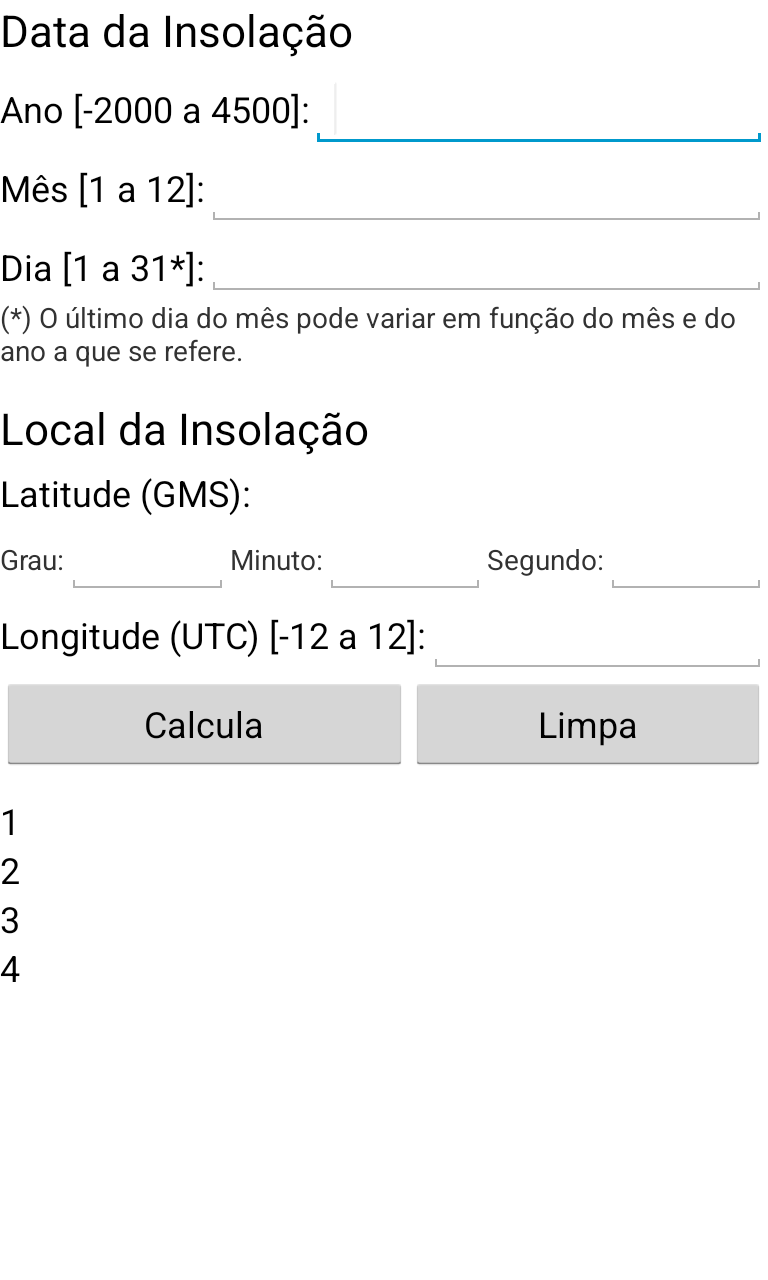
Repository: sergioPereiraBR/insolacao_terrestre
Layout: projeto/source code/InsolacaoTerrestre/res/layout/activity_insolacao_terrestre.xml
These files come from the project's save history. The layout is drawn as it stood at one moment and after the next save; the edit follows.
It is drawn on a 768 x 1280 px phone screen (xhdpi) without system bars, with theme AppTheme; the app's code is not run.

Above is the layout before, as saved 2016-11-23 22:10:40.

After the next save:
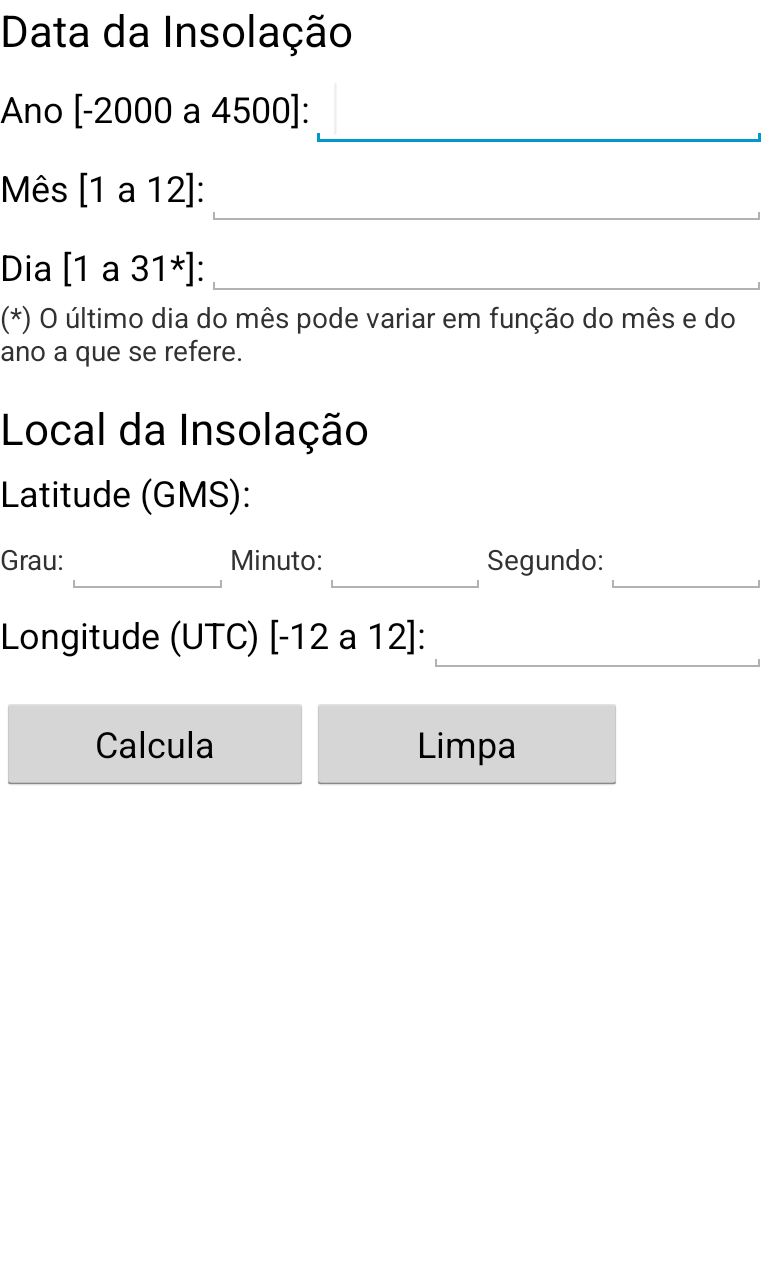
Saved 10 min 49 s later.
--- a/projeto/source code/InsolacaoTerrestre/res/layout/activity_insolacao_terrestre.xml
+++ b/projeto/source code/InsolacaoTerrestre/res/layout/activity_insolacao_terrestre.xml
@@ -178,7 +178,7 @@
 
     <LinearLayout
         android:layout_width="match_parent"
-        android:layout_height="40dp" >
+        android:layout_height="50dp" >
 
         <Space
             android:layout_width="wrap_content"
@@ -203,21 +203,19 @@
 
     <LinearLayout
         android:layout_width="fill_parent"
-        android:layout_height="60dp"
+        android:layout_height="70dp"
         android:orientation="horizontal" >
 
         <Button
             android:id="@+id/button1"
-            android:layout_width="wrap_content"
-            android:layout_height="wrap_content"
-            android:layout_weight="0.44"
+            android:layout_width="155dp"
+            android:layout_height="wrap_content"
             android:text="Calcula" />
 
         <Button
             android:id="@+id/button2"
-            android:layout_width="138dp"
-            android:layout_height="wrap_content"
-            android:layout_weight="0.15"
+            android:layout_width="157dp"
+            android:layout_height="wrap_content"
             android:text="Limpa" />
 
     </LinearLayout>
@@ -231,28 +229,24 @@
             android:id="@+id/textView13"
             android:layout_width="wrap_content"
             android:layout_height="wrap_content"
-            android:text="1"
             android:textAppearance="?android:attr/textAppearanceMedium" />
 
         <TextView
             android:id="@+id/textView14"
             android:layout_width="wrap_content"
             android:layout_height="wrap_content"
-            android:text="2"
             android:textAppearance="?android:attr/textAppearanceMedium" />
 
         <TextView
             android:id="@+id/textView15"
             android:layout_width="wrap_content"
             android:layout_height="wrap_content"
-            android:text="3"
             android:textAppearance="?android:attr/textAppearanceMedium" />
 
         <TextView
             android:id="@+id/textView12"
             android:layout_width="wrap_content"
             android:layout_height="wrap_content"
-            android:text="4"
             android:textAppearance="?android:attr/textAppearanceMedium" />
 
     </LinearLayout>
